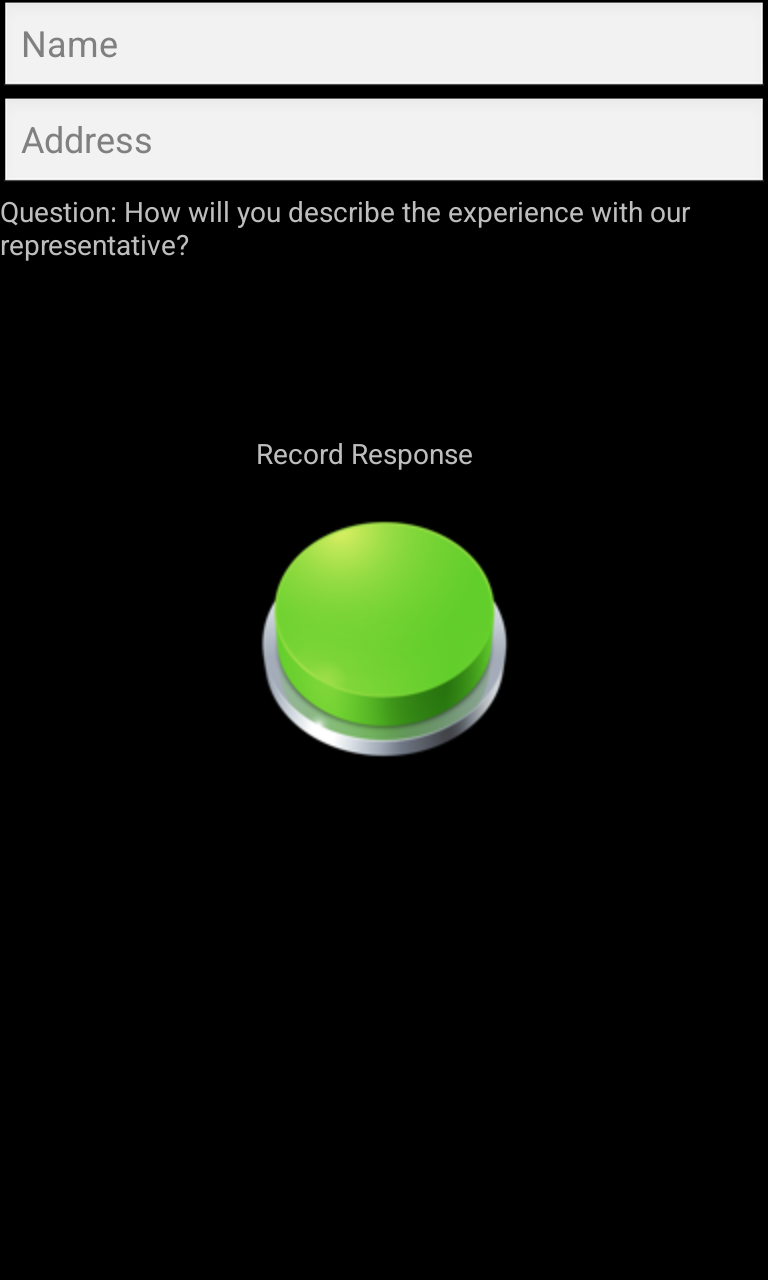
Repository: Anmol92verma/SurveyApp
Layout: SoundServey/res/layout/activity_main.xml
These files come from the project's save history. The layout is drawn as it stood at one moment and after the next save; the edit follows.
It is drawn on a 768 x 1280 px phone screen (xhdpi) without system bars, with theme android:Theme.Black; the app's code is not run.

Above is the layout before, as saved 2015-02-21 16:44:24.

After the next save:
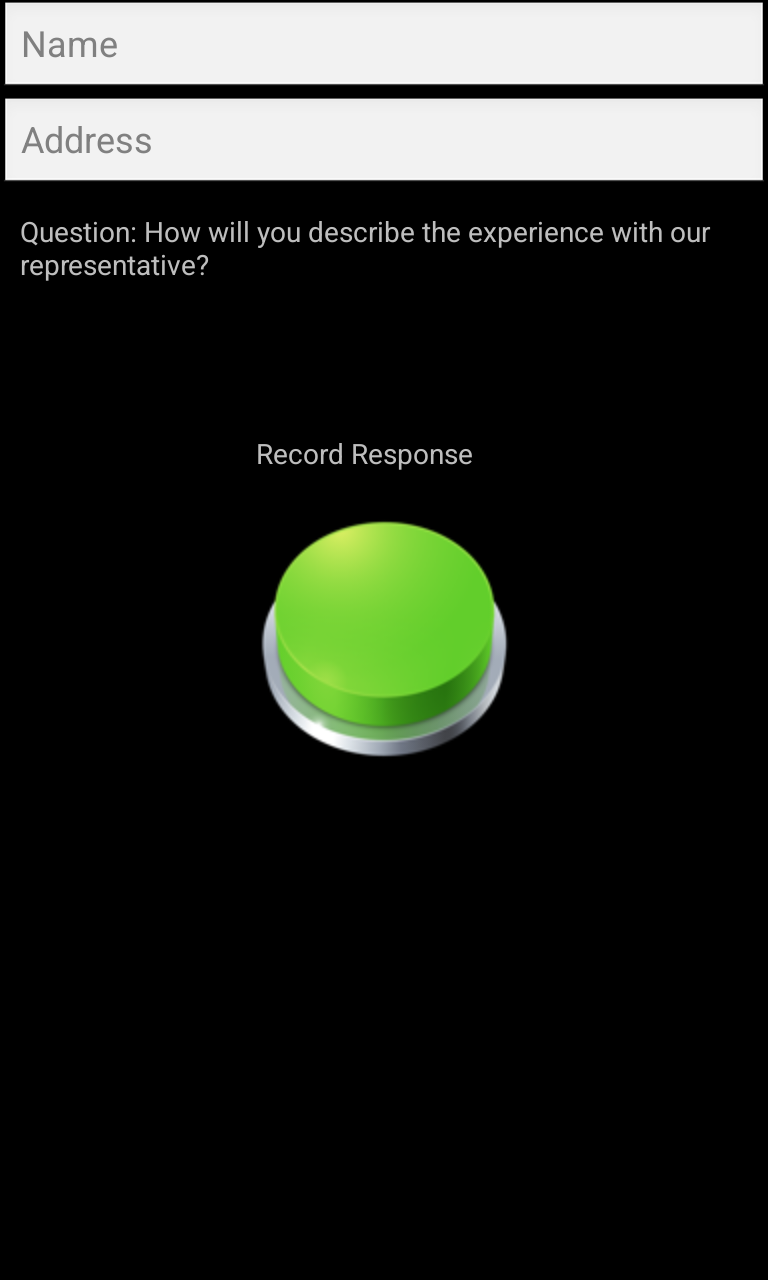
Saved 2 s later.
--- a/SoundServey/res/layout/activity_main.xml
+++ b/SoundServey/res/layout/activity_main.xml
@@ -28,6 +28,7 @@
                 android:id="@+id/textview_question"
                 android:layout_width="wrap_content"
                 android:layout_height="wrap_content"
+                android:padding="@dimen/dimen_paddingtext"
                 android:text="@string/string_question"
                 />
         </LinearLayout>
